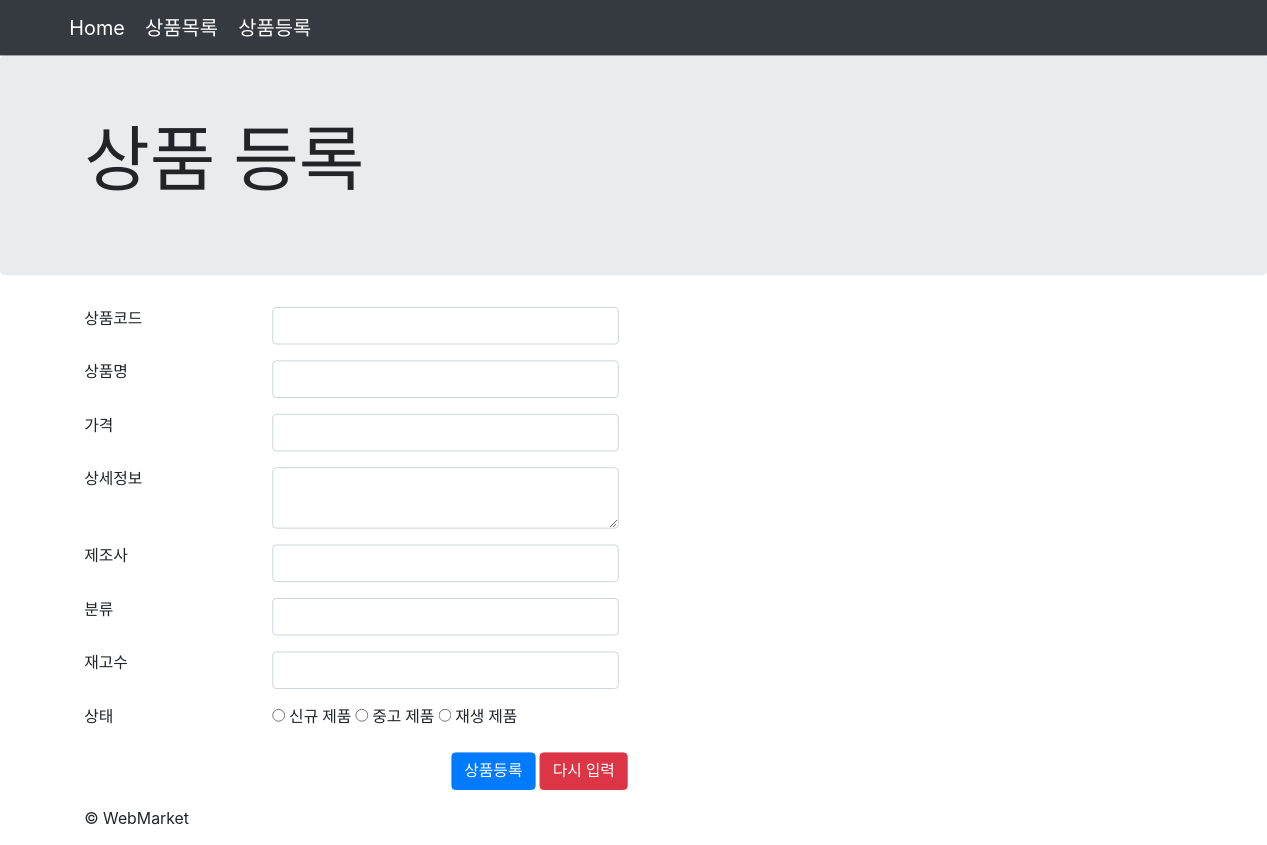
Repository: davisbyun/ai
Page: http://localhost/WebMarket/addProduct.jsp
An editor plug-in stored every save of this project. The page is shown before and after the next save, followed by the edit.
The browser window is 1280 px wide. The pictures show the whole page, at 99% of full size.
Some web fonts or font styles are not loaded; a fallback is used. The page is served by Tomcat 9. Other server files are loaded and not shown.

Above is the page before, as saved 2024-01-22 06:21:55.

### WebMarket/src/main/webapp/addProduct.jsp
<%@ page language="java" contentType="text/html; charset=UTF-8"
    pageEncoding="UTF-8"%>
<!DOCTYPE html>
<html>
<head>
<meta charset="UTF-8">
<title>상품등록</title>
<link rel="stylesheet" href="https://cdn.jsdelivr.net/npm/bootstrap@4.0.0/dist/css/bootstrap.min.css" integrity="sha384-Gn5384xqQ1aoWXA+058RXPxPg6fy4IWvTNh0E263XmFcJlSAwiGgFAW/dAiS6JXm" crossorigin="anonymous">
<style>
  @import url('https://fonts.googleapis.com/css2?family=Hahmlet&display=swap');
  .f1 { font-family: 'Hahmlet', serif; }
</style>

</head>
<body>
   <jsp:include page="menu.jsp"></jsp:include>
   <div class="jumbotron">
    <div class="container">
        <h1 class="display-3 f1"> 상품 등록 </h1>
    </div>
  </div>
  <div class="container">
    <form action="./processAddProduct.jsp"  name="newProduct"
    	  enctype="multipart/form-data"
    	  class="form-horizontal"  method="post">
         <div class="form-group row">
            <label class="col-sm-2 f1"> 상품코드 </label>
            <div class="col-sm-4">
                <input type="text" name="productId" class="form-control">
            </div>
         </div>

         <div class="form-group row">
            <label class="col-sm-2 f1"> 상품명 </label>
            <div class="col-sm-4">
                <input type="text" name="name" class="form-control">
            </div>
         </div>

         <div class="form-group row">
            <label class="col-sm-2 f1"> 가격 </label>
            <div class="col-sm-4">
                <input type="text" name="unitPrice" class="form-control">
            </div>
         </div>

         <div class="form-group row">
            <label class="col-sm-2 f1"> 상세정보 </label>
            <div class="col-sm-4">
                <textarea name="description"  cols="50" rows="2" class="form-control"></textarea>
            </div>
         </div>

         <div class="form-group row">
            <label class="col-sm-2 f1"> 제조사 </label>
            <div class="col-sm-4">
                <input type="text" name="manufacturer" class="form-control">
            </div>
         </div>

         <div class="form-group row">
            <label class="col-sm-2 f1"> 분류 </label>
            <div class="col-sm-4">
                <input type="text" name="category" class="form-control">
            </div>
         </div>

         <div class="form-group row">
            <label class="col-sm-2 f1"> 재고수 </label>
            <div class="col-sm-4">
                <input type="text" name="unitsInStock" class="form-control">
            </div>
         </div>

         <div class="form-group row">
            <label class="col-sm-2 f1"> 상태 </label>
            <div class="col-sm-4 f1">
                <input type="radio" name="condition" value="New"> 신규 제품
                <input type="radio" name="condition" value="Old"> 중고 제품
                <input type="radio" name="condition" value="Refurbished"> 재생 제품
            </div>
         </div>

         <div class="form-group row">
            <div class="col-sm-offset-2  col-sm-10  col  text-center">
                <input type="submit"  class="btn btn-primary f1" value="상품등록">
                 <input type="reset"  class="btn btn-danger f1" value="다시 입력">
            </div>
         </div>

    </form>

  </div>
  <jsp:include page="footer.jsp"></jsp:include>
</body>
</html>

### WebMarket/src/main/webapp/menu.jsp
<%@ page language="java" contentType="text/html; charset=UTF-8"
    pageEncoding="UTF-8"%>
<!DOCTYPE html>
<html>
<head>
<meta charset="UTF-8">
<title>Insert title here</title>
<link rel="stylesheet" href="https://cdn.jsdelivr.net/npm/bootstrap@4.0.0/dist/css/bootstrap.min.css" integrity="sha384-Gn5384xqQ1aoWXA+058RXPxPg6fy4IWvTNh0E263XmFcJlSAwiGgFAW/dAiS6JXm" crossorigin="anonymous">
</head>
<body>
	 <nav class="navbar navbar-expand navbar-dark bg-dark">
    <div class="container">
        <div class="navbar-header">
            <a class="navbar-brand" href="./welcome.jsp">Home</a>
            <a class="navbar-brand" href="./welcome.jsp">상품목록</a>
            <a class="navbar-brand" href="./welcome.jsp">상품등록</a>
         </div>
     </div>
   </nav>
</body>
</html>

### WebMarket/src/main/webapp/footer.jsp
<%@ page language="java" contentType="text/html; charset=UTF-8"
    pageEncoding="UTF-8"%>
<!DOCTYPE html>
<html>
<head>
<meta charset="UTF-8">
<title>Insert title here</title>
 <link rel="stylesheet" href="https://cdn.jsdelivr.net/npm/bootstrap@4.0.0/dist/css/bootstrap.min.css" integrity="sha384-Gn5384xqQ1aoWXA+058RXPxPg6fy4IWvTNh0E263XmFcJlSAwiGgFAW/dAiS6JXm" crossorigin="anonymous">
</head>
<body>
     <footer class="container">
	    <p>&copy; WebMarket</p>
	 </footer>
</body>
</html>

After the next save:
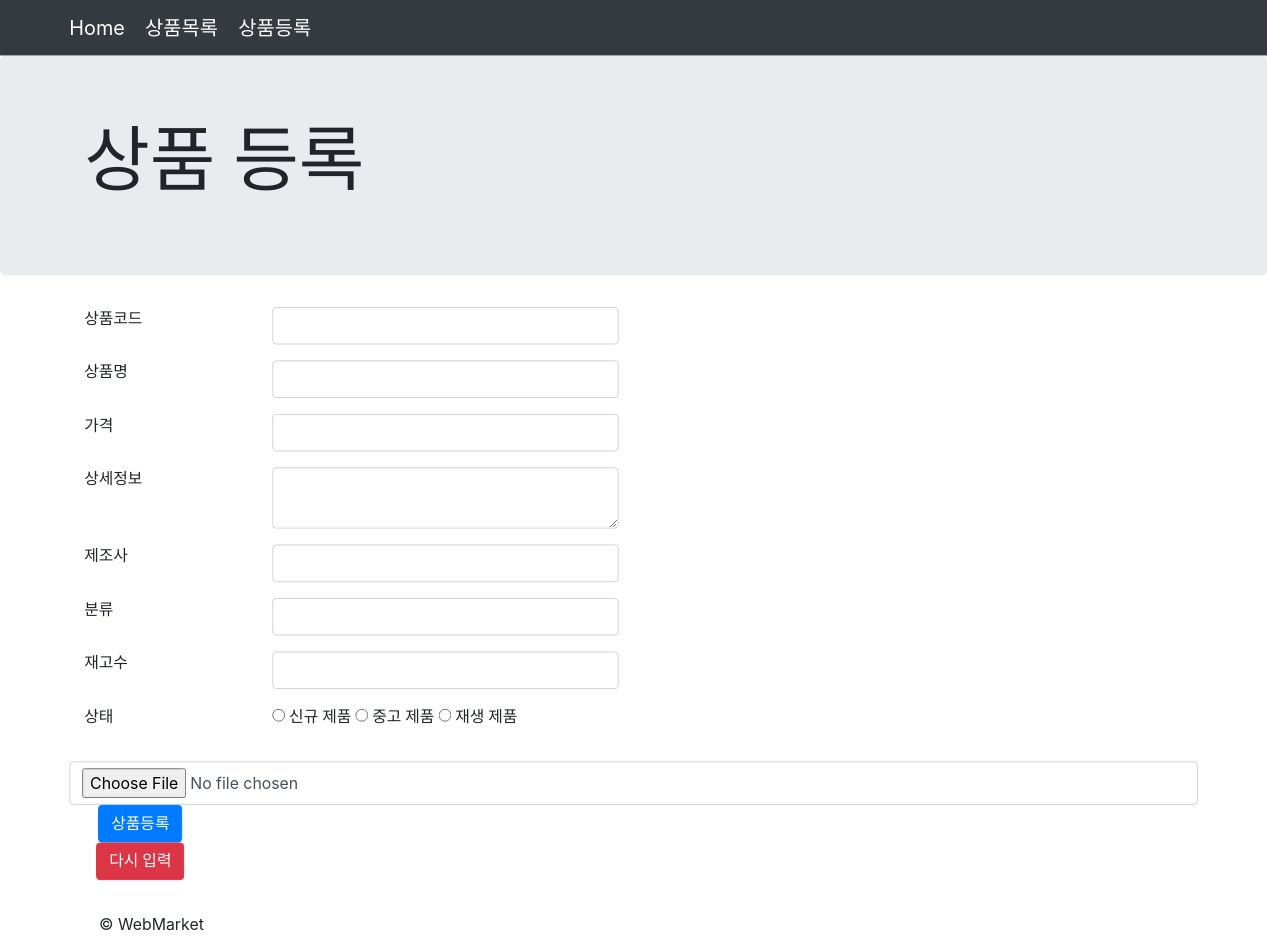
Saved 2 min 51 s later.
--- a/WebMarket/src/main/webapp/addProduct.jsp
+++ b/WebMarket/src/main/webapp/addProduct.jsp
@@ -82,6 +82,11 @@
          </div>
 
          <div class="form-group row">
+         <label class="col-sm-5"></label>
+         <input type="file" name="productImage" class="form-control">
+
+
+         <div class="form-group row">
             <div class="col-sm-offset-2  col-sm-10  col  text-center">
                 <input type="submit"  class="btn btn-primary f1" value="상품등록">
                  <input type="reset"  class="btn btn-danger f1" value="다시 입력">
